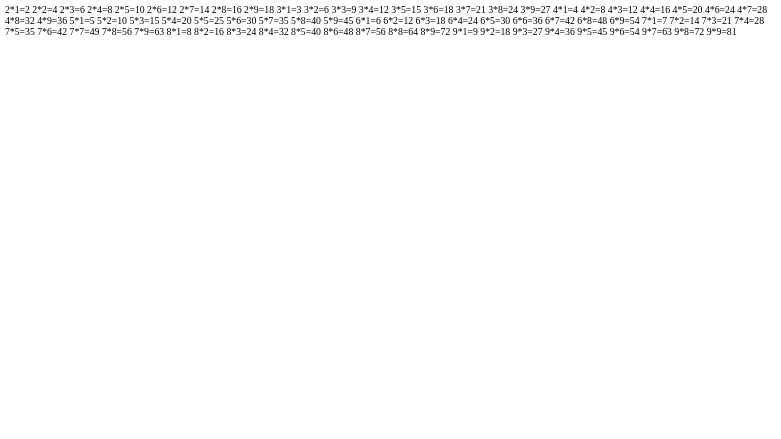
Repository: kkw3202/Jsp2026
Page: http://localhost/chapter01/test02.jsp
An editor plug-in stored every save of this project. The page is shown before and after the next save, followed by the edit.
The browser window is 1280 px wide. The pictures show the whole page, at 61% of full size.
The page is served by Tomcat 9.

Above is the page before, as saved 2026-10-16 02:22:26.

### chapter01/src/main/webapp/test02.jsp
<%@ page language="java" contentType="text/html; charset=UTF-8"
    pageEncoding="UTF-8" import="java.util.*"%>
<!DOCTYPE html>
<html>
<head>
<meta charset="UTF-8">
<title>Insert title here</title>
</head>
<body>
	<!-- 구구단 2~9단 모두 출력 -->
	<%
		int row = 2;
		int prt = 0;
		for(int i = row; i<10; i++){
			for(int j = 1; j<10; j++){
				prt = row*j;
	%>
		<%= row + "*" + j + "=" + prt %>
	<%
			}
			row++;
		}
	%>
</body>
</html>

After the next save:
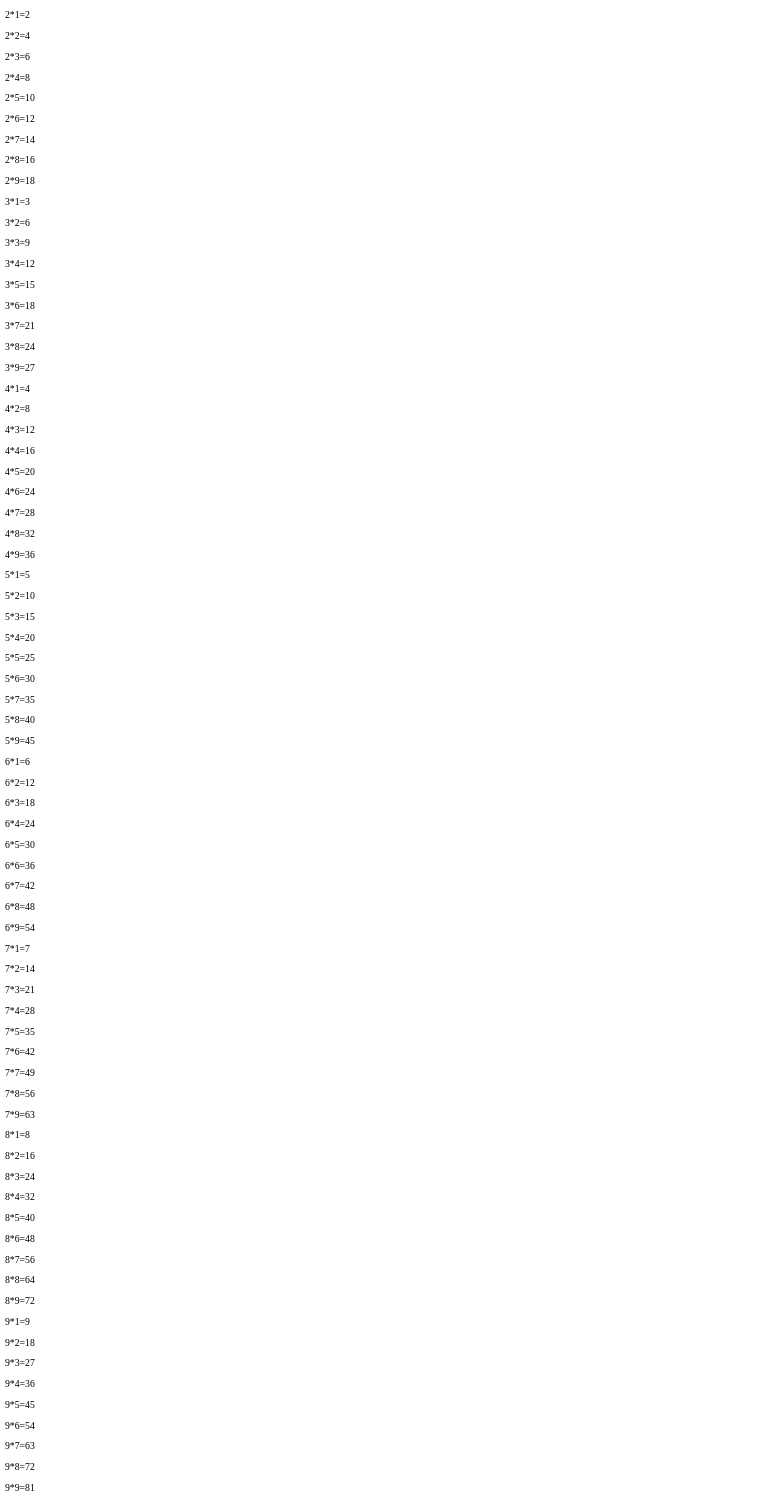
Saved 32 s later.
--- a/chapter01/src/main/webapp/test02.jsp
+++ b/chapter01/src/main/webapp/test02.jsp
@@ -15,7 +15,7 @@
 			for(int j = 1; j<10; j++){
 				prt = row*j;
 	%>
-		<%= row + "*" + j + "=" + prt %>
+		<p><%= row + "*" + j + "=" + prt %></p>
 	<%
 			}
 			row++;
